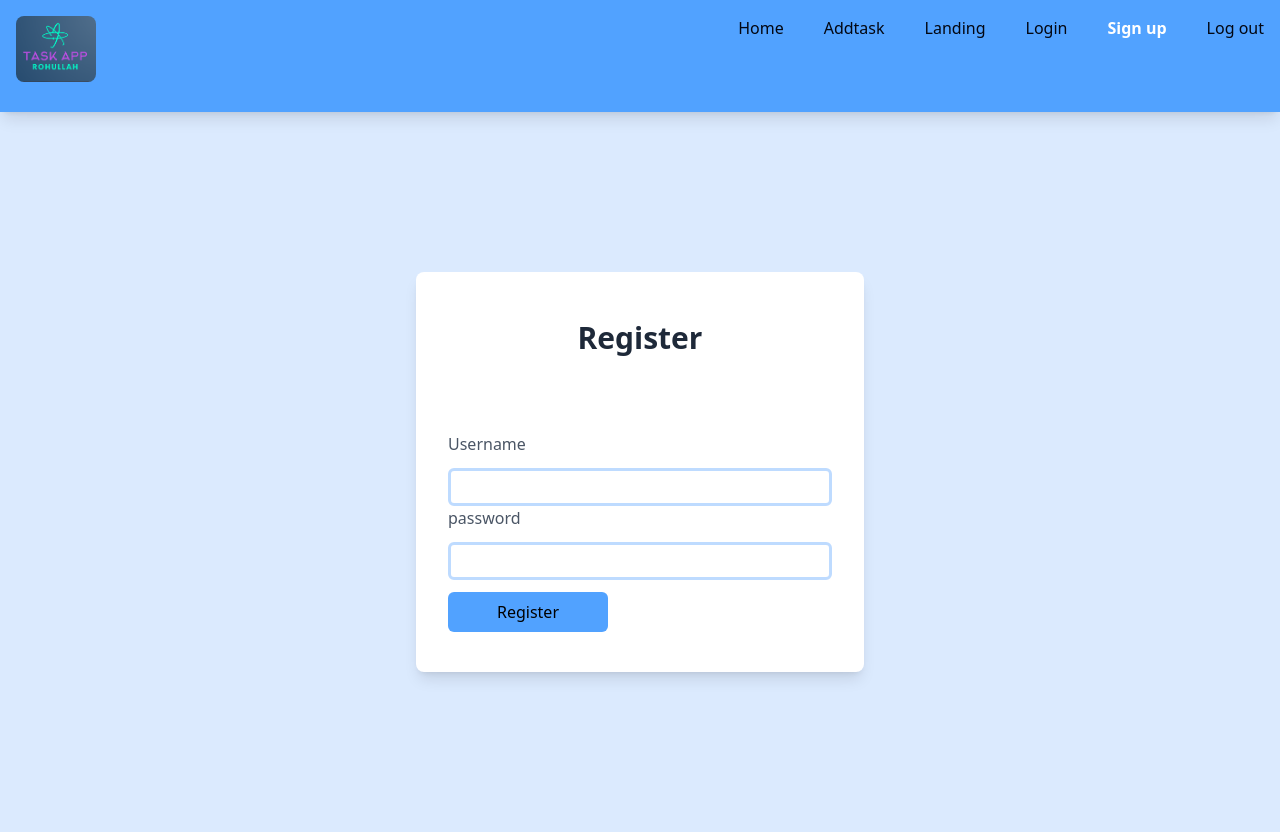
Repository: Rohullah-Noori/TaskApp
Page: /signup
These files come from the project's save history. The page is drawn as it stood at one moment and after the next save; the edit follows.
The browser window is 1280 px wide. The pictures show the whole page.
The project was rebuilt for these pictures with package versions that can differ from the ones it lists, and the page was loaded fresh each time. Also part of the build but not shown: vite.config.js, src/components/PrivateRoute.jsx, src/components/Loader.jsx, src/pages/Landing.jsx, src/pages/Home.jsx, src/pages/Login.jsx, src/pages/Addtask.jsx, src/pages/Edittask.jsx and 2 more.

Above is the page before, as saved 2025-03-01 10:57:00.

After the next save:
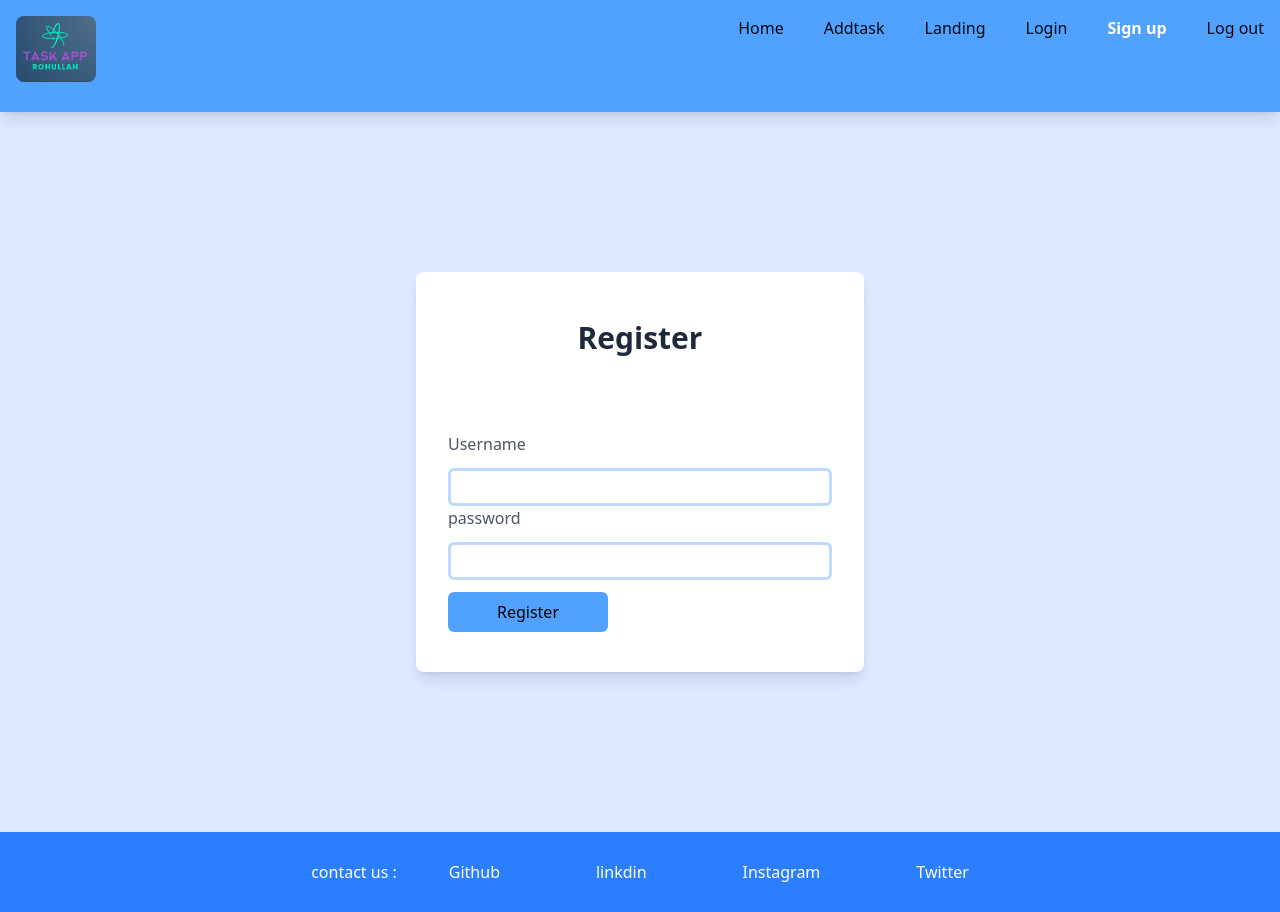
Saved 31 s later.
--- a/src/pages/Signup.jsx
+++ b/src/pages/Signup.jsx
@@ -5,6 +5,7 @@ import Navbar from "../components/Navbar";
 import { useForm } from "react-hook-form";
 import { useState } from "react";
 import Loader from "../components/Loader";
+import Footer from "../components/Footer";
 
 function Signup() {
   const [loading, setIsloading] = useState(false);
@@ -73,7 +74,7 @@ function Signup() {
           </form>
         </div>
       </div>
-      {/* <Footer /> */}
+      <Footer />
     </>
   );
 }
